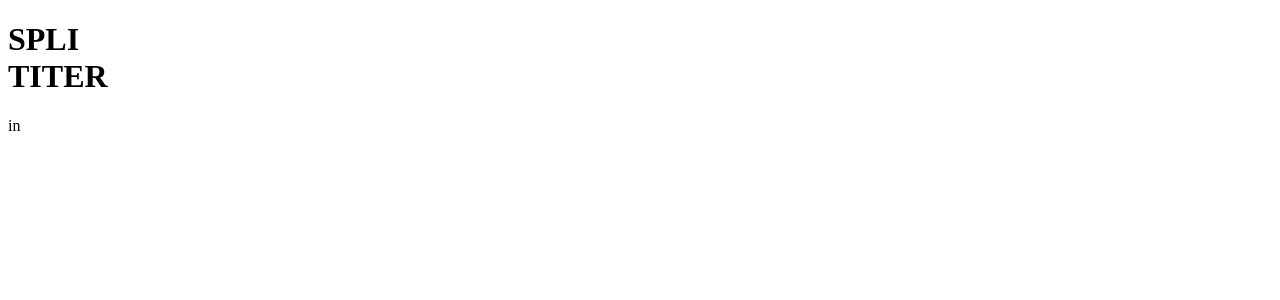
Repository: kellyjohanasalb/calduladora
Page: index.html
These files come from the project's save history. The page is drawn as it stood at one moment and after the next save; the edit follows.
The browser window is 1280 px wide. The pictures show the whole page.

Above is the page before, as saved 2023-08-15 20:48:50.

### index.html
<!DOCTYPE html>
<html lang="en">
<head>
    <meta charset="UTF-8">
    <meta name="viewport" content="width=, initial-scale=1.0">
    <title>Calculadora</title>
</head>
<body>
    <header class="header">
        <h1 class="header__title">SPLI <br> TITER</h1>
    </header>
    <section class="calculator-container">
        <div class="inputs-section">
            in
        </div>
        <div class="result-section">

        </div>
    </section>
</body>
</html>

After the next save:
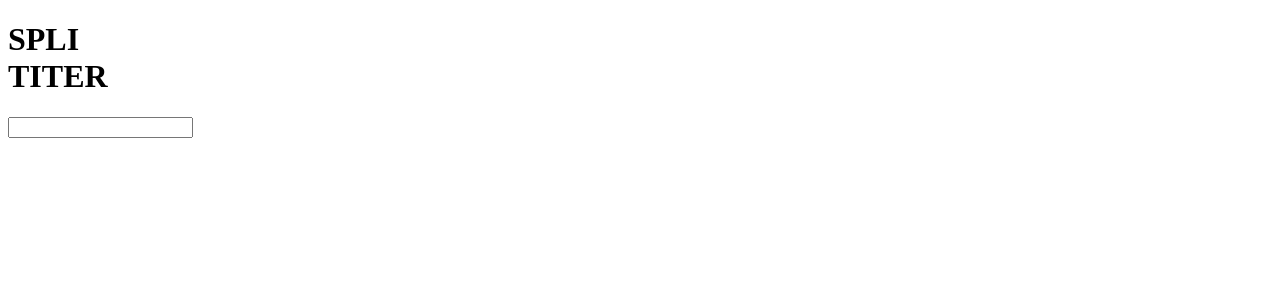
Saved 7 s later.
--- a/index.html
+++ b/index.html
@@ -11,7 +11,7 @@
     </header>
     <section class="calculator-container">
         <div class="inputs-section">
-            in
+            <input type="" name="" value="">
         </div>
         <div class="result-section">
 
